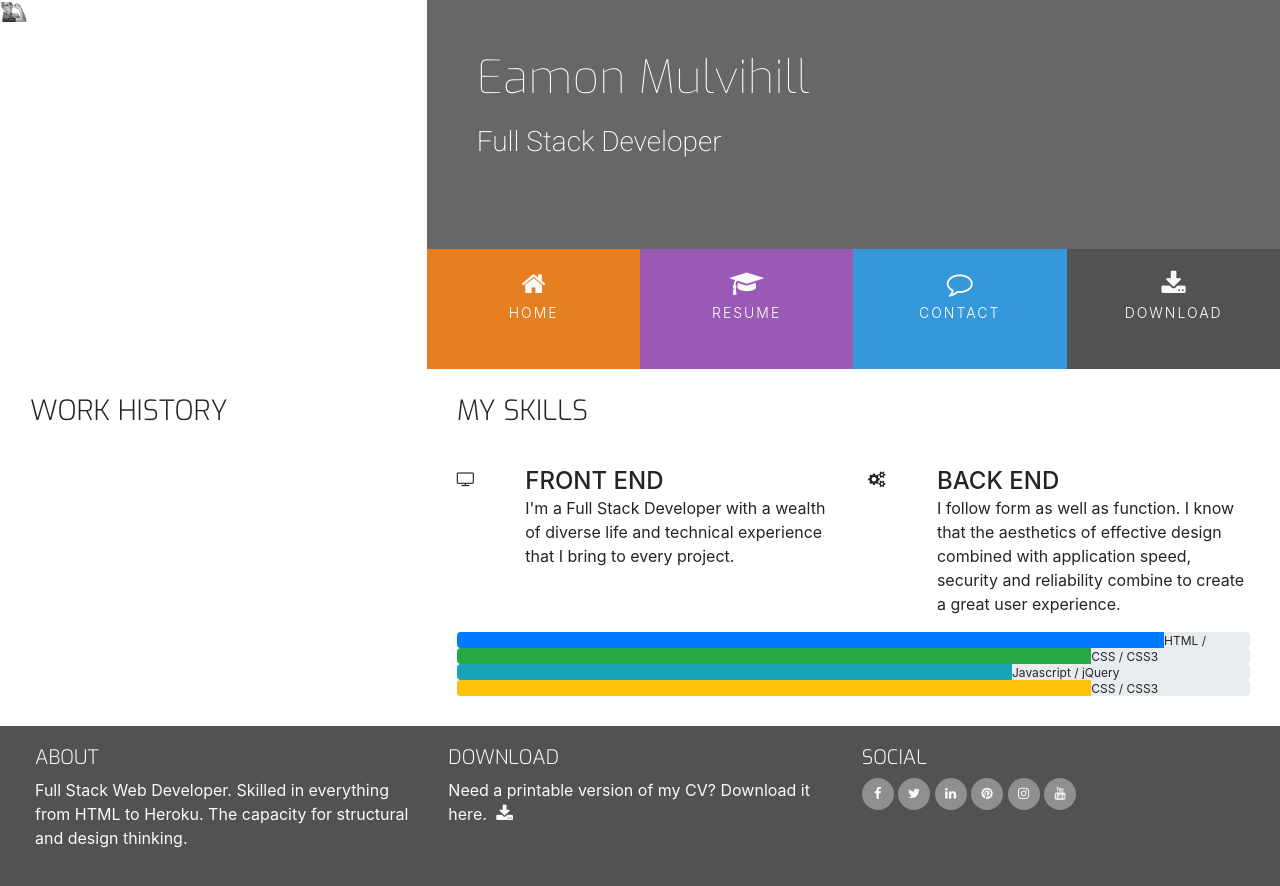
Repository: emulvihi/interactive-cv
Page: resume.html
The author's editor kept a record of every edit. The page is drawn from the files as they stood at one moment, then again after the next edit.
The browser window is 1280 px wide. The pictures show the whole page.

Above is the page before.

### resume.html
<!DOCTYPE html>
<html lang="en">

<head>
    <meta charset="UTF-8">
    <meta name="viewport" content="width=device-width, initial-scale=1.0">
    <meta http-equiv="X-UA-Compatible" content="ie=edge">
    <link rel="stylesheet" href="https://stackpath.bootstrapcdn.com/bootstrap/4.3.1/css/bootstrap.min.css" type="text/css" />
    <link rel="stylesheet" href="https://stackpath.bootstrapcdn.com/font-awesome/4.7.0/css/font-awesome.min.css" type="text/css">
    <link rel="stylesheet" href="https://cdnjs.cloudflare.com/ajax/libs/hover.css/2.3.1/css/hover-min.css" type="text/css" />
    <link rel="stylesheet" href="assets/css/style.css" type="text/css" />
    <title>Eamon</title>
</head>

<body>
    <header>
        <div class="row no-gutters">
            <div class="col-md-4">
                <a href="index.html" class="col-md-4 logo">

                </a>
            </div>
            <div class="col-md-8">
                <div class="row no-gutters bg-color-name-title">
                    <div class="col heading">
                        <h1 class="name">Eamon Mulvihill</h1>
                        <h2 class="title">Full Stack Developer</h2>
                    </div>
                </div>
                <div class="row no-gutters">
                    <div class="col">
                        <ul id="nav" class="list-inline menucontainer">
                            <li class="col-6 col-sm-3 ui-menu-color-home list-inline-item menuitem">
                                <a href="" class="hvr-sweep-to-bottom"><i class="fa fa-home" aria-hidden="true"></i><span>Home</span></a>
                            </li>
                            <li class="col-6 col-sm-3 ui-menu-color-resume list-inline-item menuitem">
                                <a href="" class="hvr-sweep-to-bottom"><i class="fa fa-graduation-cap" aria-hidden="true"></i><span>Resume</span></a>
                            </li>
                            <li class="col-6 col-sm-3 ui-menu-color-contact list-inline-item menuitem">
                                <a href="" class="hvr-sweep-to-bottom"><i class="fa fa-comment-o" aria-hidden="true"></i><span>Contact</span></a>
                            </li>
                            <li class="col-6 col-sm-3 ui-menu-color-download list-inline-item menuitem">
                                <a href="" class="hvr-sweep-to-bottom"><i class="fa fa-download" aria-hidden="true"></i><span>Download</span></a>
                            </li>
                        </ul>
                    </div>
                </div>
            </div>
        </div>
    </header>
    <section class="container-fluid">
        <div class="row">
            <div class="col-md-4 bg-color-personal-info section-column">
                <div class="row">
                    <div class="col-12">
                        <h3 class="section-heading uppercase">
                            Work History
                        </h3>
                    </div>
                </div>
            </div>
            <div class="col-md-8 bg-color-three-reasons section-column">
                <div class="row">
                    <div class="col">
                        <h3 class="section-heading uppercase">My Skills</h3>
                    </div>
                </div>
                <div class="row">
                    <div class="col-10 offset-1 offset-sm-0 col-sm-4 col-md-6">
                        <div class="row">
                            <div class="col-2">
                                <i class="three-reasons-icon fa fa-tv" aria-hidden="true"></i>
                            </div>
                            <div class="col-10">
                                <h4 class="three-reasons-heading uppercase">Front End</h4>
                                <p>
                                    I'm a Full Stack Developer with a wealth of diverse life and technical experience that I bring to every project.
                                </p>
                            </div>
                        </div>
                    </div>
                    <div class="col-10 offset-1 offset-sm-0 col-sm-4 col-md-6">
                        <div class="row">
                            <div class="col-2">
                                <i class="three-reasons-icon fa fa-gears" aria-hidden="true"></i>
                            </div>
                            <div class="col-10">
                                <h4 class="three-reasons-heading uppercase">Back End</h4>
                                <p>
                                    I follow form as well as function. I know that the aesthetics of effective design combined with application speed, security and reliability combine to create a great user experience.
                                </p>
                            </div>
                        </div>
                    </div>
                </div>
                <div class="row">
                    <div class="col">
                        <div class="progress">
                            <div class="progress-bar" role="progressbar" aria-valuenow="90" aria-valuemin="0" aria-valuemax="100" style="width: 90%;">
                                <span class="sr-only">90% complete</span>
                            </div>
                            <span class="progress-type">HTML / HTML5</span>
                        </div>
                        <div class="progress">
                            <div class="progress-bar bg-success" role="progressbar" aria-valuenow="80" aria-valuemin="0" aria-valuemax="100" style="width: 80%;">
                                <span class="sr-only">80% complete</span>
                            </div>
                            <span class="progress-type">CSS / CSS3</span>
                        </div>
                        <div class="progress">
                            <div class="progress-bar bg-info" role="progressbar" aria-valuenow="70" aria-valuemin="0" aria-valuemax="100" style="width: 70%;">
                                <span class="sr-only">70% complete</span>
                            </div>
                            <span class="progress-type">Javascript / jQuery</span>
                        </div>
                        <div class="progress">
                            <div class="progress-bar bg-warning" role="progressbar" aria-valuenow="80" aria-valuemin="0" aria-valuemax="100" style="width: 80%;">
                                <span class="sr-only">80% complete</span>
                            </div>
                            <span class="progress-type">CSS / CSS3</span>
                        </div>
                    </div>
                </div>
            </div>
        </div>

    </section>
    <footer class="container-fluid">
        <div id="footer-details" class="row">
            <div class="col-sm-4">
                <h5 class="uppercase general-sub">About</h5>
                <p class="inline-block">
                    Full Stack Web Developer. Skilled in everything from HTML to Heroku. The capacity for structural and design thinking.
                </p>
            </div>
            <div class="col-sm-4">
                <h5 class="uppercase general-sub">Download</h5>
                <p class="inline-block">
                    Need a printable version of my CV? Download it here.
                    <a href="#" target="_blank" class="cv-pdf">
                        <i class="fa fa-download" aria-hidden="true"></i>
                        <span class="sr-only">Download link.</span>
                    </a>
                </p>
            </div>
            <div class="col-sm-4">
                <h5 class="uppercase general-sub">Social</h5>
                <ul class="list-inline social-links">
                    <li class="list-inline-item">
                        <a href="#" target="_blank">
                            <i class="fa fa-facebook" aria-hidden="true"></i>
                            <span class="sr-only">Facebook</span>
                        </a>
                    </li>
                    <li class="list-inline-item">
                        <a href="#" target="_blank">
                            <i class="fa fa-twitter" aria-hidden="true"></i>
                            <span class="sr-only">Twitter</span>
                        </a>
                    </li>
                    <li class="list-inline-item">
                        <a href="#" target="_blank">
                            <i class="fa fa-linkedin" aria-hidden="true"></i>
                            <span class="sr-only">LinkedIn</span>
                        </a>
                    </li>
                    <li class="list-inline-item">
                        <a href="#" target="_blank">
                            <i class="fa fa-pinterest" aria-hidden="true"></i>
                            <span class="sr-only">Pinterest</span>
                        </a>
                    </li>
                    <li class="list-inline-item">
                        <a href="#" target="_blank">
                            <i class="fa fa-instagram" aria-hidden="true"></i>
                            <span class="sr-only">Instagram</span>
                        </a>
                    </li>
                    <li class="list-inline-item">
                        <a href="#" target="_blank">
                            <i class="fa fa-youtube" aria-hidden="true"></i>
                            <span class="sr-only">Youtube</span>
                        </a>
                    </li>
                </ul>
            </div>
        </div>
    </footer>
</body>

</html>

### assets/css/style.css
@import url('https://fonts.googleapis.com/css?family=Roboto:100,200,300,400,500,600,700|Exo:100,200,300,400,500,600,700');

/* ---------------------------- Colours */

.bg-color-name-title {
    background-color: #676767;
}

.bg-color-three-reasons {
    background-color: #fff;
}

.ui-menu-color-home {
    background-color: #e67e22;
}

.ui-menu-color-resume {
    background-color: #9b59b6;
}

.ui-menu-color-contact {
    background-color: #3498db;
}

.ui-menu-color-download {
    background-color: #525252;
}

/* ---------------------------- Special paddings/margins/text */

h1,
h2,
h3,
h4 {
    margin: 0;
}

.uppercase {
    text-transform: uppercase;
}

.general-sub {
    font-family: "Exo", sans-serif;
    font-weight: 300;
    color: #fafafa;
}

.inline-block {
    display: inline-block;
}

.row-table {
    display: table;
}

.section-column {
    display: table-cell;
    padding: 0 30px 30px;
    float: none;
}

.section-heading {
    font-family: "Exo", sans-serif;
    font-weight: 300;
    margin-top: 25px;
    margin-bottom: 40px;
}

/* ---------------------------- Heading */

header {
    margin: 0;
}

.heading {
    margin-left: 50px;
}

.logo {
    background: url("../images/rosie.jpg");
    background-position: center;
    background-repeat: no-repeat;
    background-size: cover;
    min-height: 360px;
    transition: all .5s ease-in-out;
    -moz-transition: all .5s ease-in-out;
    -webkit-transition: all .5s ease-in-out;
}

.name {
    font-family: "Exo", sans-serif;
    font-weight: 100;
    font-size: 46px;
    margin-top: 50px;
    color: #fff;
}

.title {
    font-family: "Roboto", sans-serif;
    font-weight: 200;
    font-size: 28px;
    margin-top: 20px;
    margin-bottom: 90px;
    color: #fff;
}

.list-inline-item:not(:last-child) {
    margin: 0;
}

.menucontainer {
    font-size: 0;
}

#nav {
    margin: 0;
}

#nav li {
    font-size: 14px;
    padding: 0;
}

.menuitem {
    height: 120px;
    text-align: center;
    padding: 0;
}

.menuitem a {
    width: 100%;
    text-decoration: none;
    color: #fff;
    height: 120px;
}

.menuitem a i {
    padding-top: 22px;
    display: block;
    color: #fafafa;
    font-size: 26px;
}

.menuitem span {
    display: block;
    width: 100%;
    padding-top: 5px;
    text-align: center;
    text-transform: uppercase;
    font-size: 14px;
    font-weight: 300;
    letter-spacing: 2px;
}

/* ---------------------------- Hover */

.hvr-sweep-to-bottom:before {
    background-color: rgba(0, 0, 0, 0.2);
    height: 120px;
}

/* ---------------------------- Footer */

footer {
    background-color: #525252;
    color: #fafafa;
    min-height: 120px;
}

.cv-pdf i {
    font-size: 18px;
    color: #fafafa;
    text-align: center;
    padding-left: 5px;
    transition: all 0.35s ease-in-out;
    -moz-transition: all 0.35s ease-in-out;
    -webkit-transition: all 0.35s ease-in-out;
    -o-transition: all 0.35s ease-in-out;
}

.cv-pdf i:hover {
    color: #e84610;
}

.social-links {
    padding-bottom: 15px;
}

.social-links li a i {
    width: 32px;
    height: 32px;
    padding: 12px 0;
    border-radius: 50%;
    font-size: 13px;
    line-height: 7px;
    text-align: center;
    color: #fafafa;
    background-color: #8f8f8f;
    transition: all 0.35s ease-in-out;
    -moz-transition: all 0.35s ease-in-out;
    -webkit-transition: all 0.35s ease-in-out;
    -o-transition: all 0.35s ease-in-out;
}

.social-links li a i:hover {
    background-color: #e84610;
}

#footer-details {
    padding: 20px;
}

After the next edit:
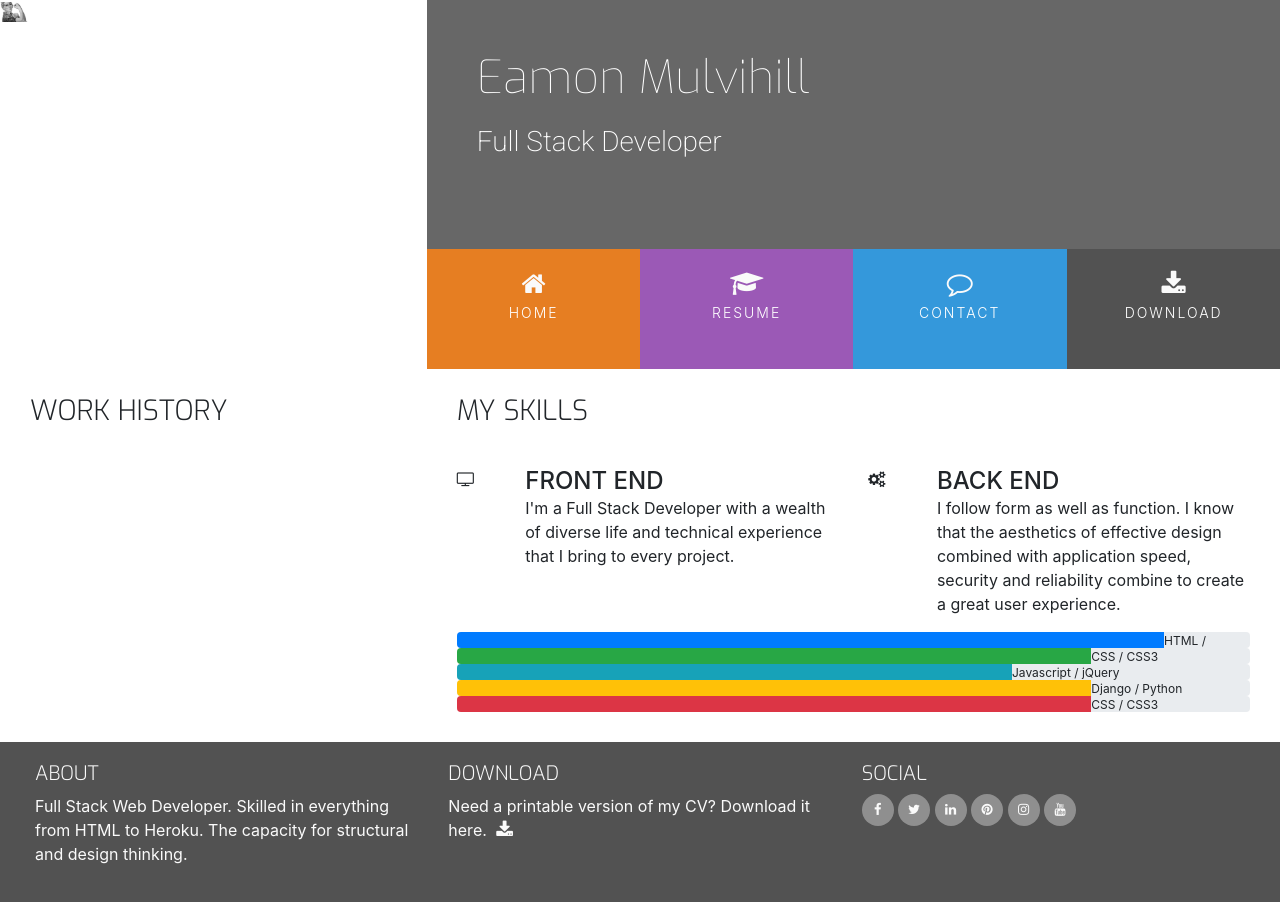
The edit:
--- a/resume.html
+++ b/resume.html
@@ -117,6 +117,12 @@
                             <div class="progress-bar bg-warning" role="progressbar" aria-valuenow="80" aria-valuemin="0" aria-valuemax="100" style="width: 80%;">
                                 <span class="sr-only">80% complete</span>
                             </div>
+                            <span class="progress-type">Django / Python</span>
+                        </div>
+                        <div class="progress">
+                            <div class="progress-bar bg-danger" role="progressbar" aria-valuenow="80" aria-valuemin="0" aria-valuemax="100" style="width: 80%;">
+                                <span class="sr-only">80% complete</span>
+                            </div>
                             <span class="progress-type">CSS / CSS3</span>
                         </div>
                     </div>
